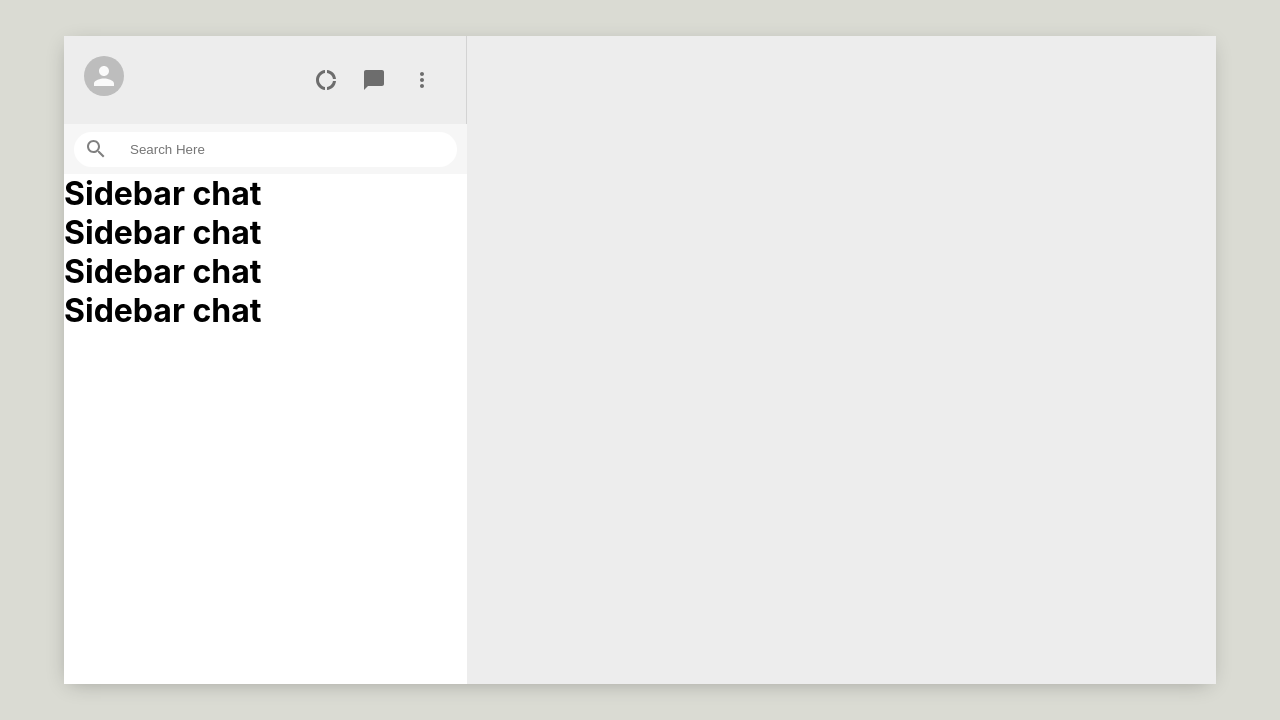
Repository: Prafullkuma/whatsappclon
Page: /
These files come from the project's save history. The page is drawn as it stood at one moment and after the next save; the edit follows.
The browser window is 1280 px wide. The pictures show the whole page.
The project was rebuilt for these pictures with package versions that can differ from the ones it lists, and the page was loaded fresh each time. Also part of the build but not shown: src/Component/Chat/sidebarChat.css.

Above is the page before, as saved 2020-08-19 12:18:21.

### src/App.js
import React from 'react';
import './App.css';
import Sidebar from './Component/Sidebar'
function App() {
  return (
    <div className="app">
      <div className="app__body">
        <Sidebar />
      </div>
    </div>
  );
}

export default App;

### src/App.css
.app{
  background-color: #dadbd3;
  height: 100vh;
  display: grid;
  place-items: center;
}
.app__body{
  display: flex;
  height: 90vh;
  width: 90vw;
  background-color: #ededed;
  box-shadow: -1px 4px 20px -6px rgba(0, 0, 0, 0.3);
}

### src/Component/Sidebar.js
import React from 'react'
import { Avatar, IconButton } from '@material-ui/core';
import DonutLargeIcon from '@material-ui/icons/DonutLarge';
import ChatBubbleIcon from '@material-ui/icons/ChatBubble';
import MoreVertIcon from '@material-ui/icons/MoreVert';
import SearchIcon from '@material-ui/icons/Search';
import './Sidebar.css'
import SidebarChat from './Chat/SidebarChat';
function Slidebar() {
    return (
        <div className="sidebar">
            <div className="sidebar_header">
                <Avatar />
                <div className="sidebar_headerRight">
                    <IconButton>
                        <DonutLargeIcon />
                    </IconButton>
                    <IconButton>
                        <ChatBubbleIcon />
                    </IconButton>
                    <IconButton>
                        <MoreVertIcon />
                    </IconButton>
                </div>
            </div>
            <div className="sidebar_search">
                <div className="search_container">
                    <SearchIcon />
                    <input type="text"
                        placeholder="Search Here" />
                </div>
            </div>
            <div className="sidebar_chat">
                <SidebarChat />
                <SidebarChat />   <SidebarChat />   <SidebarChat />
            </div>
        </div >
    )
}

export default Slidebar

### src/Component/Sidebar.css
.sidebar{
 display: flex;
 flex-direction: column;
 flex: 0.35;
}
.sidebar_header{
    display: flex;
    justify-content: space-between;
    padding: 20px;
    border-right: 1px solid lightgray;
}
.sidebar_headerRight{
    display: flex;
    align-items: center;
    justify-content: space-between;
    min-width: 9vw;
}
.sidebar_headerRight>.MuiSvgIcon-root{
    margin-right: 2vw;
    font-size: 24px !important;
}
.sidebar_search{
    display: flex;
    align-items: center;
    background-color: #f6f6f6;
    height: 30px;
    padding: 10px;
}
.search_container{
display: flex;
align-items: center;
background-color: white;
width: 100%;
height: 35px;
border-radius: 20px;
}
.search_container>input{
    border: none;
    margin-left: 10px;
}
.search_container>.MuiSvgIcon-root{
    color: gray;
    padding: 10px;
}
.sidebar_chat{
    flex: 1;
    background-color: white;
    overflow: scroll;
}

### src/Component/Chat/SidebarChat.js
import React from 'react'
import './sidebarChat.css'
function SidebarChat() {
    return (
        <div>
            <h1>Sidebar chat </h1>
        </div>
    )
}

export default SidebarChat

Loaded but not shown: public/index.html (common file); src/index.js (common file); src/index.css (common file)

After the next save:
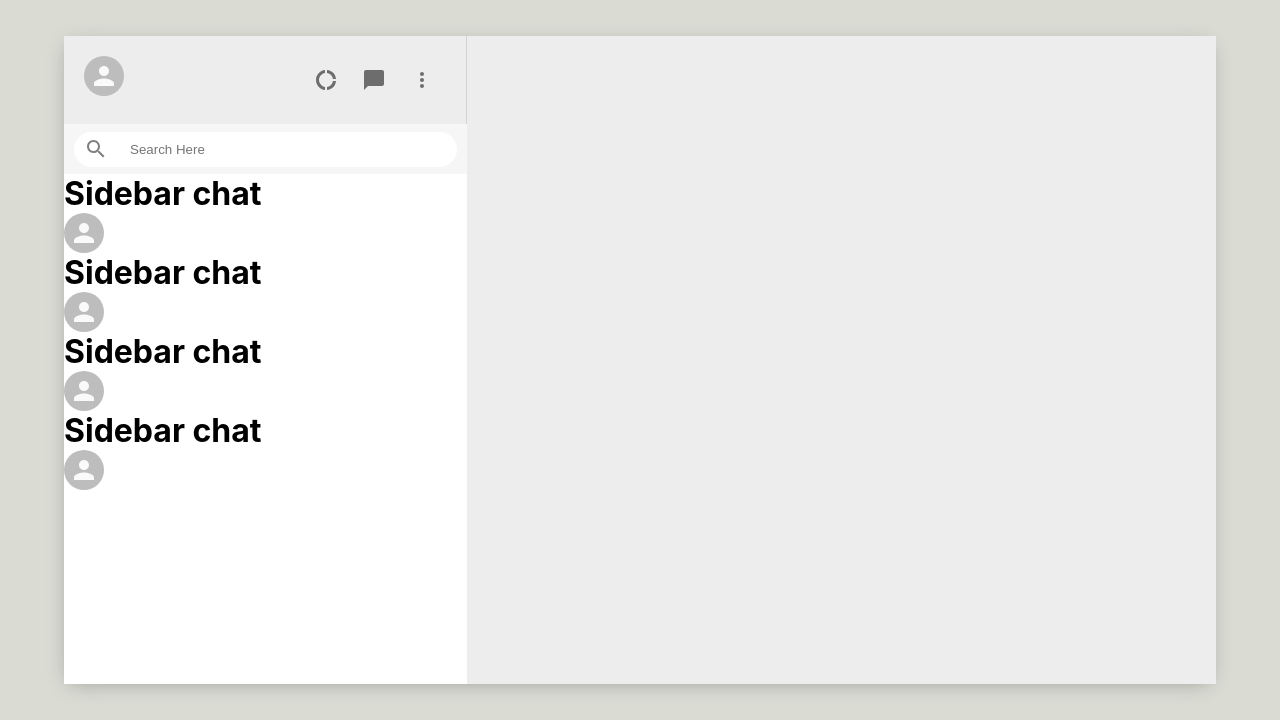
Saved 101 s later.
--- a/src/Component/Chat/SidebarChat.js
+++ b/src/Component/Chat/SidebarChat.js
@@ -1,9 +1,11 @@
 import React from 'react'
 import './sidebarChat.css'
+import { Avatar } from '@material-ui/core'
 function SidebarChat() {
     return (
         <div>
             <h1>Sidebar chat </h1>
+            <Avatar />
         </div>
     )
 }
